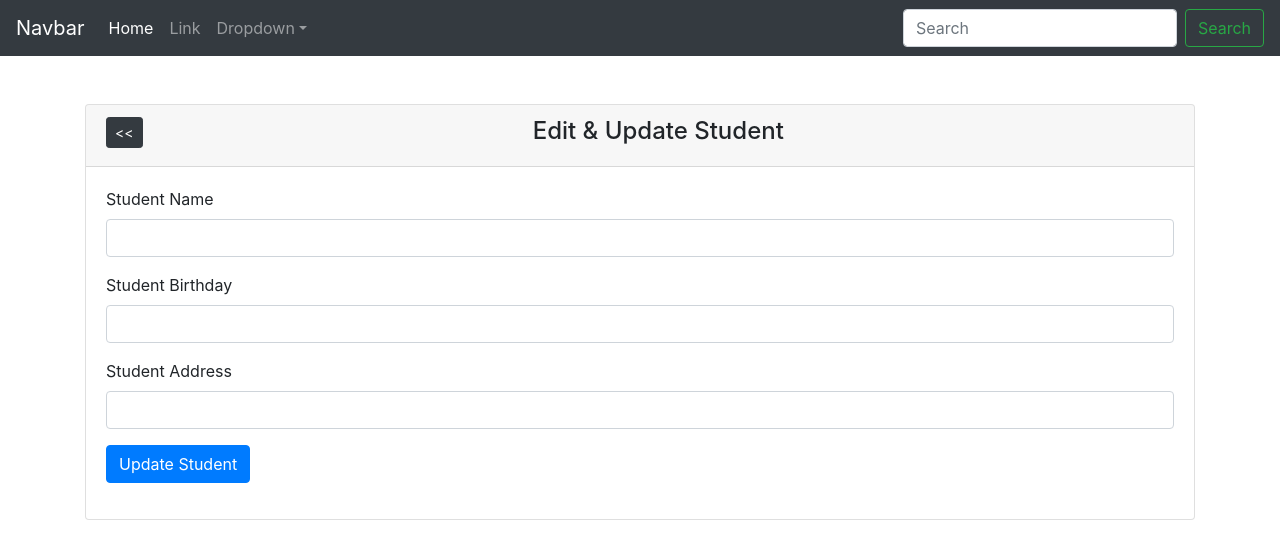
Repository: HungRau/TLU3675-php-laravel
Page: resources/views/student_edit.blade.php
The author's editor kept a copy of each file at every save. The page is drawn from the files as they stood at one save, then again after the next save.
The browser window is 1280 px wide. The pictures show the whole page.
The page is served by the project's Laravel application, run on PHP 8.4 with Laravel 9. Other server files are loaded and not shown. The template is opened directly, without the code that normally fills it, so the values that code supplies are empty.

Above is the page before, as saved 2022-10-15 19:09:23.

### routes/web.php
<?php

use Illuminate\Support\Facades\Route;
use App\Http\Controllers\StudentController; //add

/*
|--------------------------------------------------------------------------
| Web Routes
|--------------------------------------------------------------------------
|
| Here is where you can register web routes for your application. These
| routes are loaded by the RouteServiceProvider within a group which
| contains the "web" middleware group. Now create something great!
|
*/

Route::get('/', function () {
    return view('welcome');
});
Route::get('/student-manage', [StudentController::class, 'get_all_student']);

Route::get('student-edit/{id}', [StudentController::class, 'edit']);

Route::put('student-update/{id}', [StudentController::class, 'update']);

### resources/views/student_edit.blade.php
<!doctype html>
<html lang="en">
  <head>
    <title>Title</title>
    <!-- Required meta tags -->
    <meta charset="utf-8">
    <meta name="viewport" content="width=device-width, initial-scale=1, shrink-to-fit=no">

    <!-- Bootstrap CSS -->
    <link rel="stylesheet" href="https://stackpath.bootstrapcdn.com/bootstrap/4.3.1/css/bootstrap.min.css" integrity="sha384-ggOyR0iXCbMQv3Xipma34MD+dH/1fQ784/j6cY/iJTQUOhcWr7x9JvoRxT2MZw1T" crossorigin="anonymous">
  </head>
  <body>
    <nav class="navbar navbar-expand-sm navbar-dark bg-dark">
        <a class="navbar-brand" href="#">Navbar</a>
        <button class="navbar-toggler d-lg-none" type="button" data-toggle="collapse" data-target="#collapsibleNavId" aria-controls="collapsibleNavId"
            aria-expanded="false" aria-label="Toggle navigation">
            <span class="navbar-toggler-icon"></span>
        </button>
        <div class="collapse navbar-collapse" id="collapsibleNavId">
            <ul class="navbar-nav mr-auto mt-2 mt-lg-0">
                <li class="nav-item active">
                    <a class="nav-link" href="#">Home <span class="sr-only">(current)</span></a>
                </li>
                <li class="nav-item">
                    <a class="nav-link" href="#">Link</a>
                </li>
                <li class="nav-item dropdown">
                    <a class="nav-link dropdown-toggle" href="#" id="dropdownId" data-toggle="dropdown" aria-haspopup="true" aria-expanded="false">Dropdown</a>
                    <div class="dropdown-menu" aria-labelledby="dropdownId">
                        <a class="dropdown-item" href="#">Action 1</a>
                        <a class="dropdown-item" href="#">Action 2</a>
                    </div>
                </li>
            </ul>
            <form class="form-inline my-2 my-lg-0">
                <input class="form-control mr-sm-2" type="text" placeholder="Search">
                <button class="btn btn-outline-success my-2 my-sm-0" type="submit">Search</button>
            </form>
        </div>
    </nav>
    <div class="container">
      <div class="row">
          <div class="col-md-12 mt-5">
            @if(session('status'))
                        <div class="alert alert-success">
                            {{ session('status') }}
                        </div>
            @endif
            <div class="card">
                  <div class="card-header">

                      <a href="{{ url('student-manage') }}" class="btn btn-dark btn-sm float-left"><<</a>
                      <h4 class="text-center fw-bold">Edit & Update Student</h4>
                  </div>
                  <div class="card-body">
                      <form action="{{ url('student-update/'.$students->id) }}" method="POST">
                          @csrf
                          @method('PUT')

                          <div class="form-group mb-3">
                              <label for="">Student Name</label>
                              <input type="text" name="fullname" value="{{$students->fullname}}" class="form-control">
                          </div>
                          <div class="form-group mb-3">
                              <label for="">Student Birthday</label>
                              <input type="text" name="birthday" value="{{$students->birthday}}" class="form-control">
                          </div>
                          <div class="form-group mb-3">
                              <label for="">Student Address</label>
                              <input type="text" name="address" value="{{$students->address}}" class="form-control">
                          </div>
                          <div class="form-group mb-3">
                              <button type="submit" class="btn btn-primary">Update Student</button>
                          </div>

                      </form>
                  </div>
                  {{-- Thông báo thành công --}}

              </div>
          </div>
      </div>
  </div>

  </body>
</html>

After the next save:
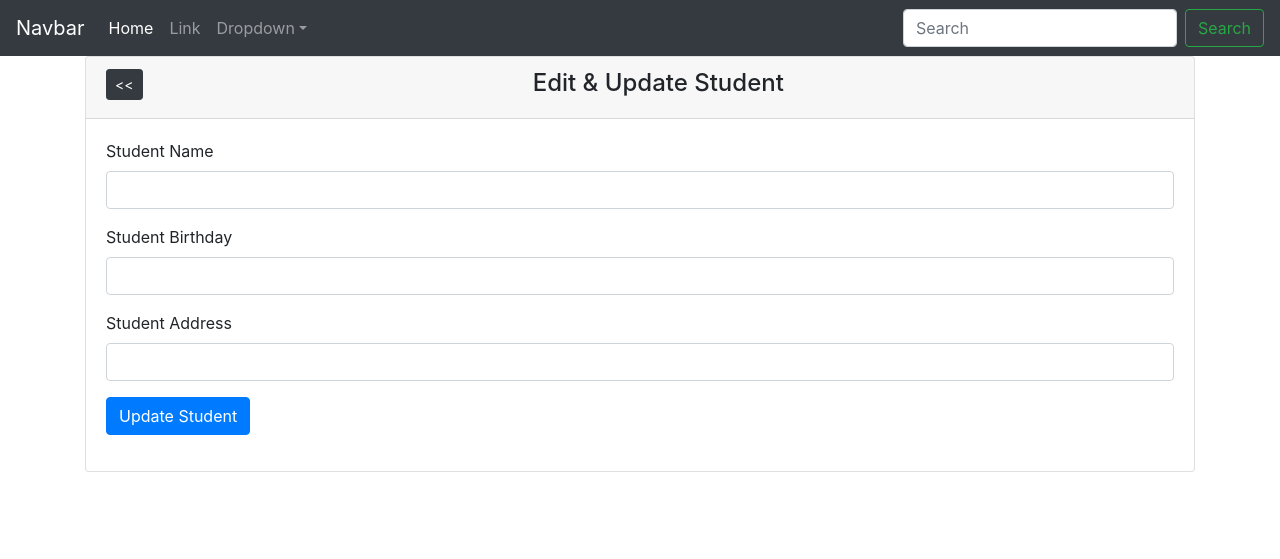
Saved 16 s later.
--- a/resources/views/student_edit.blade.php
+++ b/resources/views/student_edit.blade.php
@@ -40,7 +40,7 @@
     </nav>
     <div class="container">
       <div class="row">
-          <div class="col-md-12 mt-5">
+          <div class="col-md-12">
             @if(session('status'))
                         <div class="alert alert-success">
                             {{ session('status') }}
